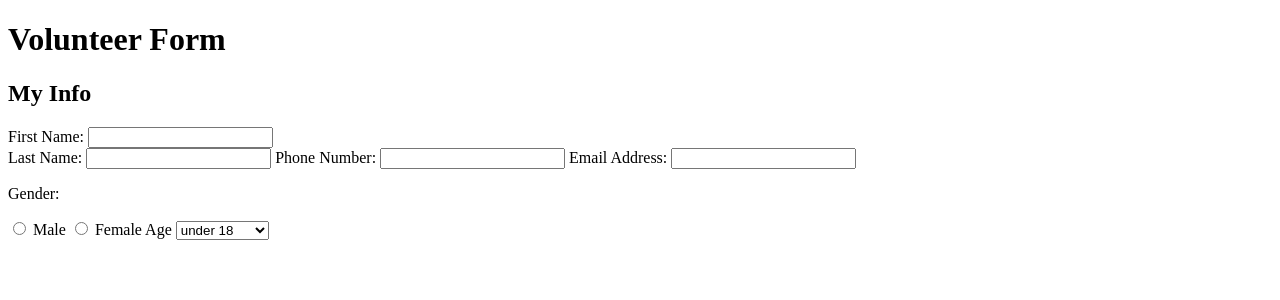
Repository: rishondass/ITMD361-Lab4
Page: index.html
The author's editor kept a copy of each file at every save. The page is drawn from the files as they stood at one save, then again after a run of saves.
The browser window is 1280 px wide. The pictures show the whole page.

Above is the page before, as saved 2023-01-13 15:00:40.

### index.html
<!DOCTYPE html>
<html lang="en">
<head>
    <meta charset="UTF-8">
    <meta http-equiv="X-UA-Compatible" content="IE=edge">
    <meta name="viewport" content="width=device-width, initial-scale=1.0">
    <title>Lab 4</title>
</head>
<body>
    <h1>
        Volunteer Form
    </h1>
    <h2>
        My Info
    </h2>

    <form action="POST">
        <div>
            <label for="first_name_field">First Name:</label>
            <input type="text" name="first_name_field">
        </div>


        <label for="last_name_field">Last Name:</label>
        <input type="text" name="last_name_field">

        <label for="phone_field">Phone Number:</label>
        <input type="phone" name="phone_field">

        <label for="email_field">Email Address:</label>
        <input type="email" name="email_field">

        <p>Gender:</p>
        <input type="radio" name="gender_field" value="Male">
        <label for="gender_field">Male</label>
        <input type="radio" name="gender_field" value="Female">
        <label for="gender_field">Female</label>

        <label for="age_field">Age</label>
        <select name="age_field">
            <option value="under 18">under 18</option>
            <option value="18 - 24">18 - 24</option>
            <option value="25 - 34">25 - 34</option>
            <option value="35 - 44">35 - 44</option>
            <option value="45 - 54">45 - 54</option>
            <option value="55 - 64">55 - 64</option>
            <option value="65 and over">65 and over</option>
        </select>
    </form>
</body>
</html>

After the next 2 saves:
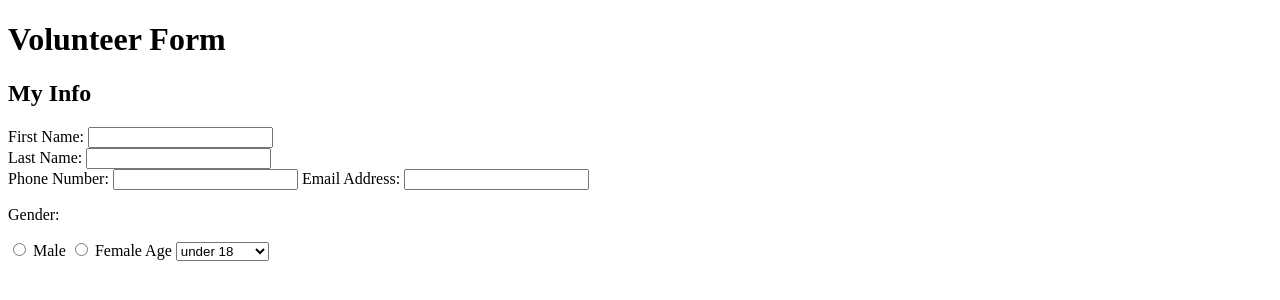
The 2 saves are shown as one change because they came seconds apart.
The last was saved 9 s later.
--- a/index.html
+++ b/index.html
@@ -19,10 +19,12 @@
             <label for="first_name_field">First Name:</label>
             <input type="text" name="first_name_field">
         </div>
+        <div>
+            <label for="last_name_field">Last Name:</label>
+            <input type="text" name="last_name_field">
+        </div>
 
 
-        <label for="last_name_field">Last Name:</label>
-        <input type="text" name="last_name_field">
 
         <label for="phone_field">Phone Number:</label>
         <input type="phone" name="phone_field">
